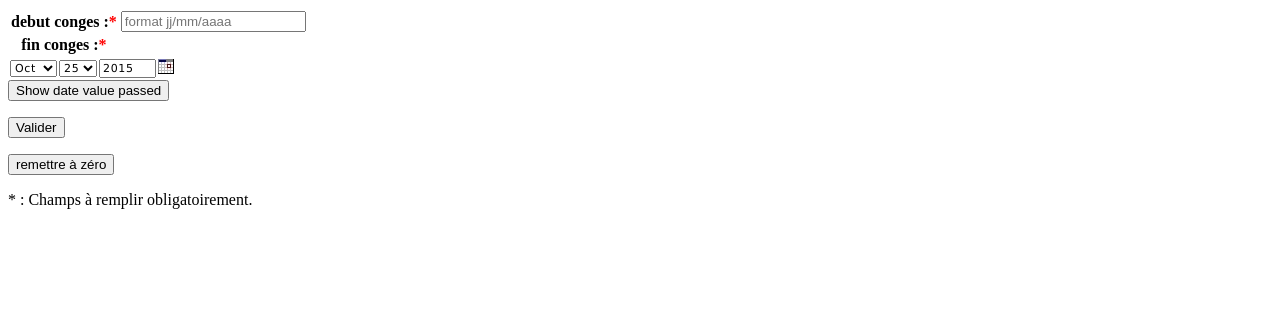
Repository: Iankills/TB-IR331
Page: http://localhost/gestConges_WebGUI/nouveau_conges.jsp
These files come from the project's save history. The page is drawn as it stood at one moment and after the next save; the edit follows.
The browser window is 1280 px wide. The pictures show the whole page.
The page is served by Tomcat 9. Other server files are loaded and not shown.

Above is the page before, as saved 2015-10-29 09:37:38.

### workspace-gestconges/gestConges_WebGUI/WebContent/nouveau_conges.jsp
<%@ page language="java" contentType="text/html; charset=ISO-8859-1"
	pageEncoding="ISO-8859-1"%>
<!DOCTYPE html PUBLIC "-//W3C//DTD HTML 4.01 Transitional//EN" "http://www.w3.org/TR/html4/loose.dtd">
<html>
<head>
<meta http-equiv="Content-Type" content="text/html; charset=ISO-8859-1">
<title>Création Conges</title>
<!-- test du script -->
<script type="text/javascript" src="calendarDateInput.js">

/***********************************************
* Jason's Date Input Calendar- By Jason Moon http://calendar.moonscript.com/dateinput.cfm
* Script featured on and available at http://www.dynamicdrive.com
* Keep this notice intact for use.
***********************************************/
</script>
<!-- Fin test du script -->

</head>
<body>

	<form method="get" action="template.jsp">

		<input type="hidden" name="action" value="traitement_conges" />
		<table id="affichage">
			<tr>
				<th>debut conges :<font color="red">*</font></th>
				<td><input type="text" name='debutconges' placeholder="format jj/mm/aaaa" /></td>
			</tr>

			<tr>
				<th>fin conges :<font color="red">*</font></th>
			    <!-- <td><input type="text" name='finconges' placeholder="format jj/mm/aaaa" /></td> -->
				</td>
			</tr>
		</table>


	<script>DateInput('orderdate', true, 'DD/MM/YYYY')</script>
	<input type="button" onClick="alert(this.form.orderdate.value)" value="Show date value passed">


		<p><input type="submit" value="Valider" /></p>
		<p><input type="reset" value="remettre à zéro" /></p>
		<p class="erreur">* : Champs à remplir obligatoirement.</p>
	</form>
</body>
</html>

Loaded but not shown: workspace-gestconges/gestConges_WebGUI/WebContent/calendarDateInput.js (591 lines, source omitted)

After the next save:
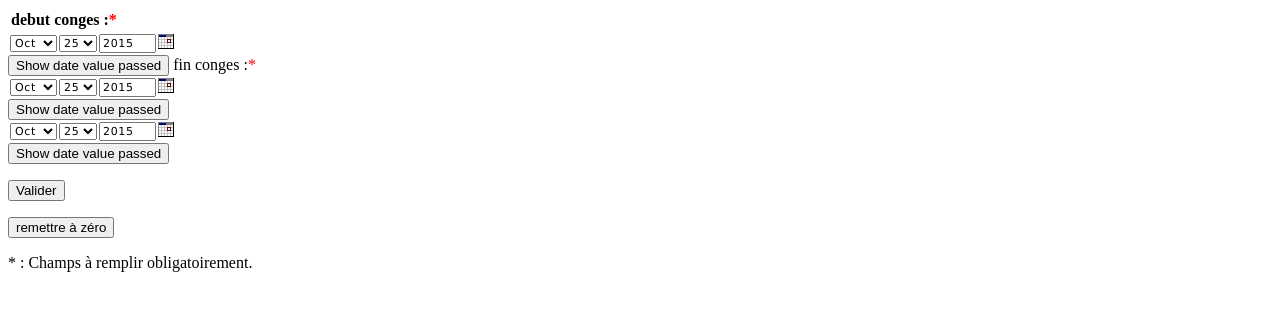
Saved 31 s later.
--- a/workspace-gestconges/gestConges_WebGUI/WebContent/nouveau_conges.jsp
+++ b/workspace-gestconges/gestConges_WebGUI/WebContent/nouveau_conges.jsp
@@ -25,12 +25,16 @@
 		<table id="affichage">
 			<tr>
 				<th>debut conges :<font color="red">*</font></th>
-				<td><input type="text" name='debutconges' placeholder="format jj/mm/aaaa" /></td>
+				<!-- <td><input type="text" name='debutconges' placeholder="format jj/mm/aaaa" /></td> -->
+				<script>DateInput('orderdate', true, 'DD/MM/YYYY')</script>
+				<input type="button" onClick="alert(this.form.orderdate.value)" value="Show date value passed">
 			</tr>
 
 			<tr>
 				<th>fin conges :<font color="red">*</font></th>
 			    <!-- <td><input type="text" name='finconges' placeholder="format jj/mm/aaaa" /></td> -->
+			    <script>DateInput('orderdate', true, 'DD/MM/YYYY')</script>
+				<input type="button" onClick="alert(this.form.orderdate.value)" value="Show date value passed">
 				</td>
 			</tr>
 		</table>
